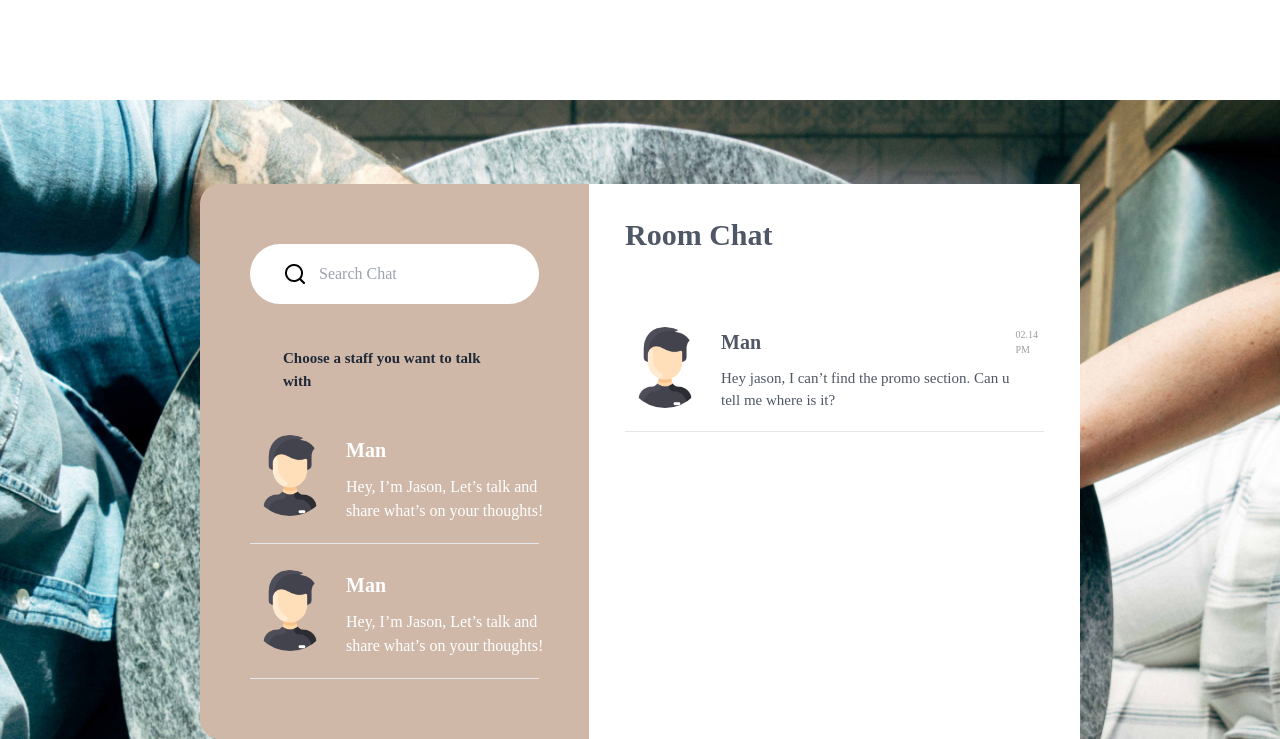
Repository: boykebn/fw12-collab2-FRONTEND
Page: /chat (app in our/)
An editor plug-in stored every save of this project. The page is shown before and after the next save, followed by the edit.
The browser window is 1280 px wide. The pictures show the whole page.
The project was rebuilt for these pictures with package versions that can differ from the ones it lists, and the page was loaded fresh each time. The framework's server and built-in components were replaced by stand-ins that run in the browser. Also part of the build but not shown: our/next.config.js.

Above is the page before, as saved 2023-01-01 00:14:21.

### our/pages/_app.js
import "../styles/globals.css";
import { Provider } from "react-redux";
import { store } from "../redux/store";

export default function App({ Component, pageProps }) {
  return (
    <Provider store={store}>
      <Component {...pageProps} />
    </Provider>
  );
}

### our/pages/chat.js
import React from "react";
import Image from "next/image";
import search from "../assets/search.png";
import man from "../assets/man.png";

const Chat = () => {
  return (
    <div className="pt-[100px] font-poppins">
      <div className="bg-[url('../assets/background-chat.png')] bg-cover bg-no-repeat">
        <div className="pt-[84px] px-[200px] flex ">
          <div className=" py-[60px] px-[50px]  bg-[#d0b8a8] rounded-l-[20px]">
            <div className="border-1 flex items-center bg-white py-[18px] pl-[35px] pr-[40px] rounded-[30px] mb-[43px]">
              <Image src={search} alt="search" className="mr-[14px]" />
              <input placeholder="Search Chat" className="focus:outline-none" />
            </div>
            <p className="text-[15px] font-bold mb-[43px] px-[33px]">
              Choose a staff you want to talk with
            </p>
            <div className="flex mb-[20px] text-white">
              <Image
                src={man}
                alt="man"
                className="w-[80px] h-[81px] mr-[16px] rounded-[50%]"
              />
              <div>
                <p className="text-[20px] font-bold mb-[10px]">Man</p>
                <p className="w-[210px]">
                  Hey, I’m Jason, Let’s talk and share what’s on your thoughts!
                </p>
              </div>
            </div>
            <hr className="mb-[26px]" />
            <div className="flex mb-[20px] text-white">
              <Image
                src={man}
                alt="man"
                className="w-[80px] h-[81px] mr-[16px] rounded-[50%]"
              />
              <div>
                <p className="text-[20px] font-bold mb-[10px]">Man</p>
                <p className="w-[210px]">
                  Hey, I’m Jason, Let’s talk and share what’s on your thoughts!
                </p>
              </div>
            </div>
            <hr />
          </div>
          <div className="bg-white px-[36px] py-[28px] w-[1133px]">
            <div>
              <p className="text-[#4F5665] text-[30px] font-bold leading-[45px] mb-[70px]">
                Room Chat
              </p>
              <div className="flex mb-[20px] text-white">
                <Image
                  src={man}
                  alt="man"
                  className="w-[80px] h-[81px] mr-[16px] rounded-[50%]"
                />
                <div>
                  <p className="text-[#4F5665] text-[20px] font-bold mb-[10px]">
                    Man
                  </p>
                  <p className="text-[#4F5665] text-[15px] leading-[22px]">
                    Hey jason, I can’t find the promo section. Can u tell me
                    where is it?
                  </p>
                </div>
                <span className="text-[#9F9F9F] text-[10px] leading-[15px]">
                  02.14 PM
                </span>
              </div>
              <hr />
              <div></div>
            </div>
          </div>
        </div>
      </div>
    </div>
  );
};

export default Chat;

### our/styles/globals.css
@tailwind base;
@tailwind components;
@tailwind utilities;

@import url("https://fonts.googleapis.com/css2?family=Poppins&family=Rubik&display=swap");
.btn {
  text-transform: none;
  width: 100%;
}
.input {
  width: 100%;
}

@media (min-width: 768px) {
  .bg-forgot-password {
    background-image: url("../images/forgotPasswordBg.png");
  }
}

### our/redux/store.js
import { configureStore } from '@reduxjs/toolkit';
import thunk from 'redux-thunk'
import reducer from './reducers';
import {persistStore} from 'redux-persist'

const store = configureStore({
    reducer,
    middleware: [thunk]
})

const persistor = persistStore(store)

export {store, persistor}

### our/redux/reducers/index.js
import {combineReducers} from '@reduxjs/toolkit';
import {persistReducer} from 'redux-persist'
import storage from 'redux-persist/lib/storage'
import auth from './auth'

const authConfig = {
    key: 'auth',
    storage
}

const reducer = combineReducers({
    auth: persistReducer(authConfig, auth),
})

export default reducer

### our/redux/reducers/auth.js
import {createSlice} from '@reduxjs/toolkit'

const initialState = {
    token: null
}

const authReducer = createSlice({
    name: 'auth',
    initialState,
    reducers: {
        logout: (state, action) => {
            return initialState
        }
    },
    extraReducers: (build) => {
    }
})

export const { logout } = authReducer.actions

export default authReducer.reducer

### our/tailwind.config.js
/** @type {import('tailwindcss').Config} */
module.exports = {
  content: [
    "./pages/**/*.{js,ts,jsx,tsx}",
    "./components/**/*.{js,ts,jsx,tsx}",
  ],
  theme: {
    extend: {
      fontFamily: {
        rubik: ["Rubik", "sans-serif"],
        poppins: ["Poppins"],
      },
      backgroundImage: {
        order_bg: "url('../images/bg-1.png')",
      },
    },
  },
  plugins: [require("daisyui")],
};

After the next save:
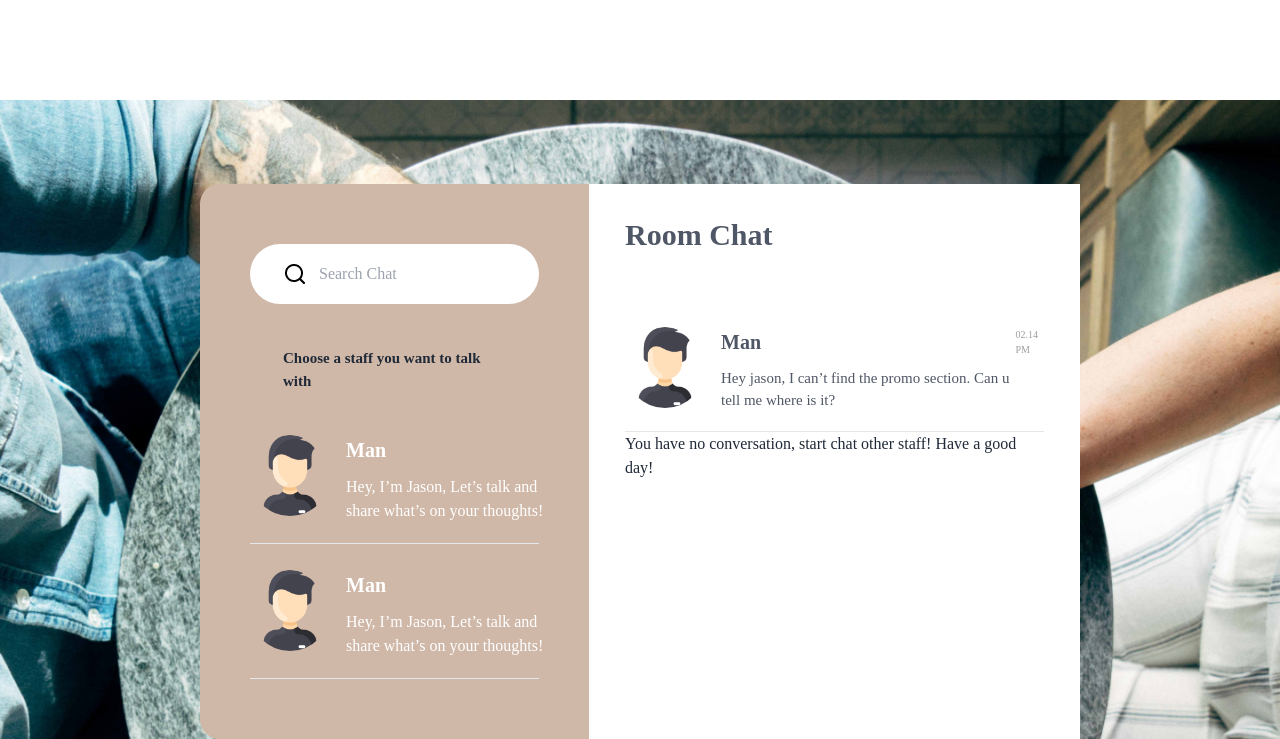
Saved 23 s later.
--- a/our/pages/chat.js
+++ b/our/pages/chat.js
@@ -70,7 +70,12 @@ const Chat = () => {
                 </span>
               </div>
               <hr />
-              <div></div>
+              <div>
+                <p>
+                  You have no conversation, start chat other staff! Have a good
+                  day!
+                </p>
+              </div>
             </div>
           </div>
         </div>
